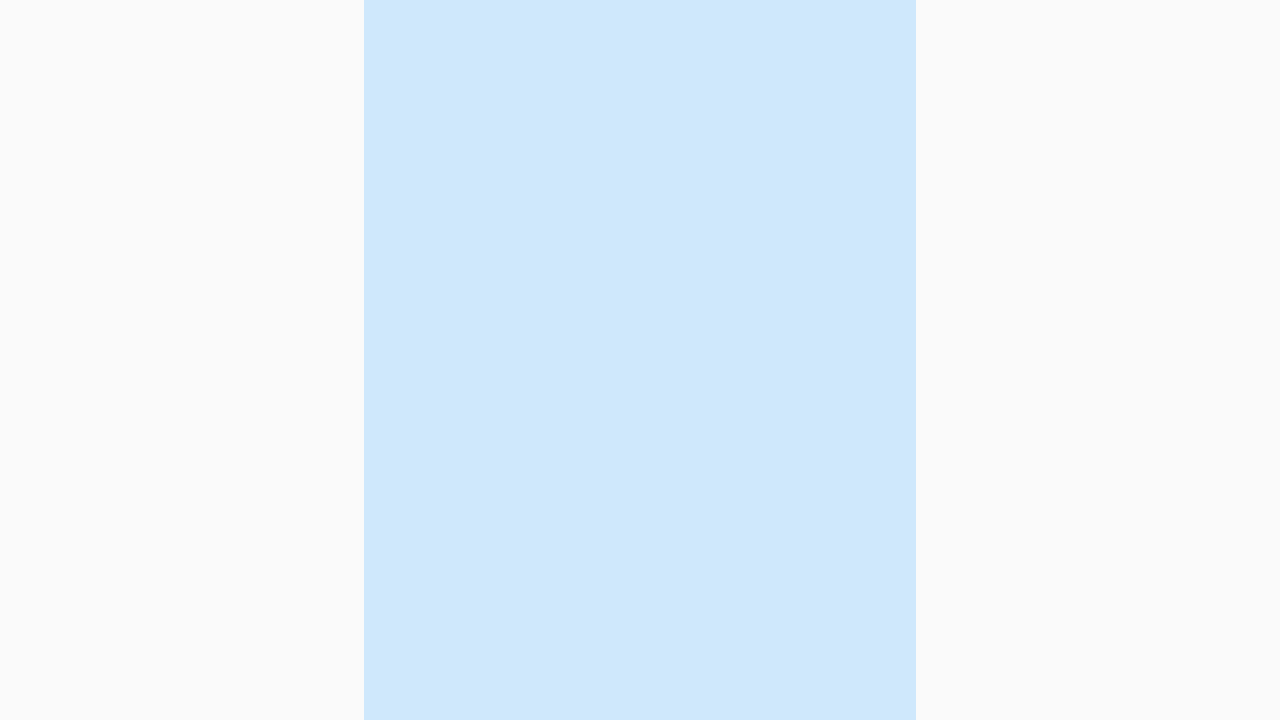
Repository: cherguiyacine/gitHubSearch
Page: /
An editor plug-in stored every save of this project. The page is shown before and after a run of saves, followed by the edit.
The browser window is 1280 px wide. The pictures show the whole page.
The project was rebuilt for these pictures with package versions that can differ from the ones it lists, and the page was loaded fresh each time. Also part of the build but not shown: src/Component/Layout/Navbar.js, src/Component/Users/UserItem.js, src/Component/Layout/Spinner.js, src/Component/Users/Users.js, src/Component/Users/Search.js, src/App.js.

Above is the page before, as saved 2019-11-21 23:18:26.

After the next 2 saves:
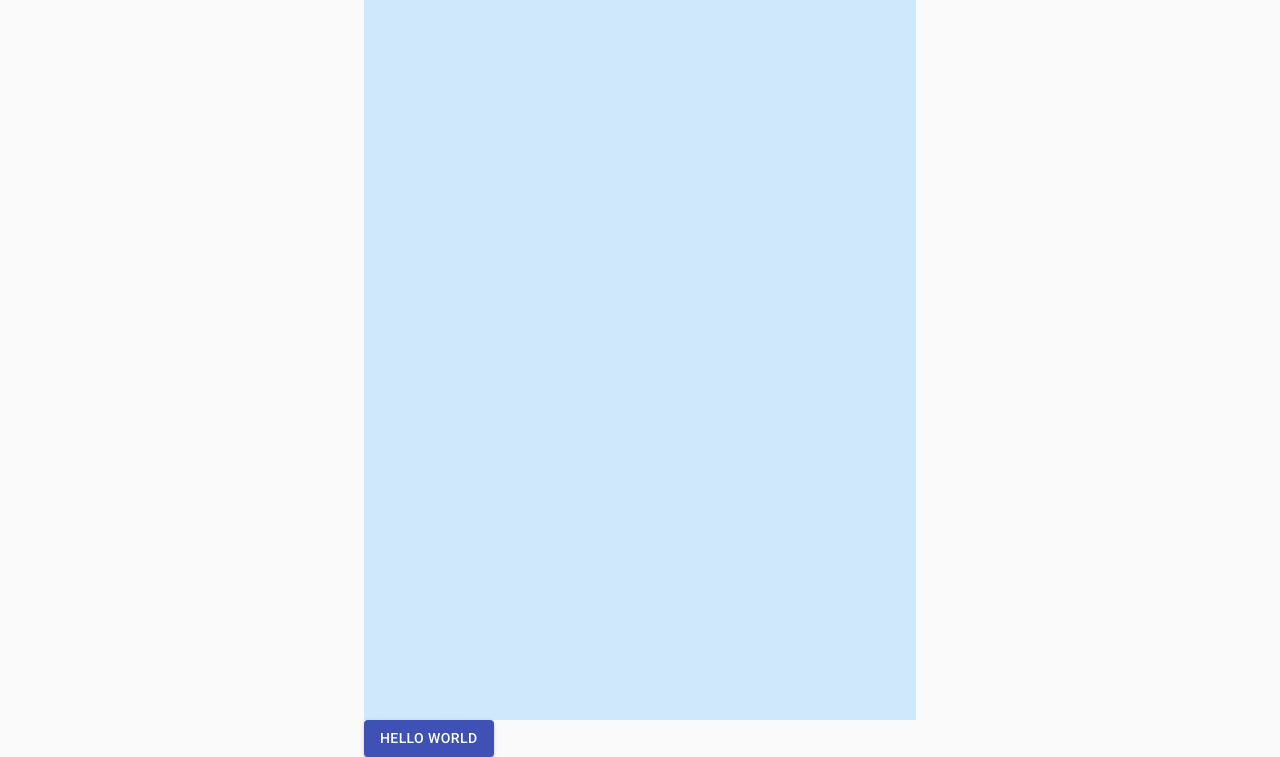
The 2 saves are shown as one change because 1 did not build or start.
The last was saved 69 s later.
--- a/src/Authentification.js
+++ b/src/Authentification.js
@@ -8,11 +8,11 @@ import Container from "@material-ui/core/Container";
 export class Authentification extends Component {
   render() {
     return (
-      //   <Box color='white' bgcolor='palevioletred' p={1}>
-      //   <Button variant='contained' color='primary'>
-      //     Hello World
-      //   </Button>
-      // </Box>
+      // //   <Box color='white' bgcolor='palevioletred' p={1}>
+      // //   <Button variant='contained' color='primary'>
+      // //     Hello World
+      // //   </Button>
+      // / </Box>
       <React.Fragment>
         <CssBaseline />
         <Container maxWidth='sm'>
@@ -20,6 +20,9 @@ export class Authentification extends Component {
             component='div'
             style={{ backgroundColor: "#cfe8fc", height: "100vh" }}
           />
+          <Button variant='contained' color='primary'>
+            Hello World
+          </Button>
         </Container>
       </React.Fragment>
     );
